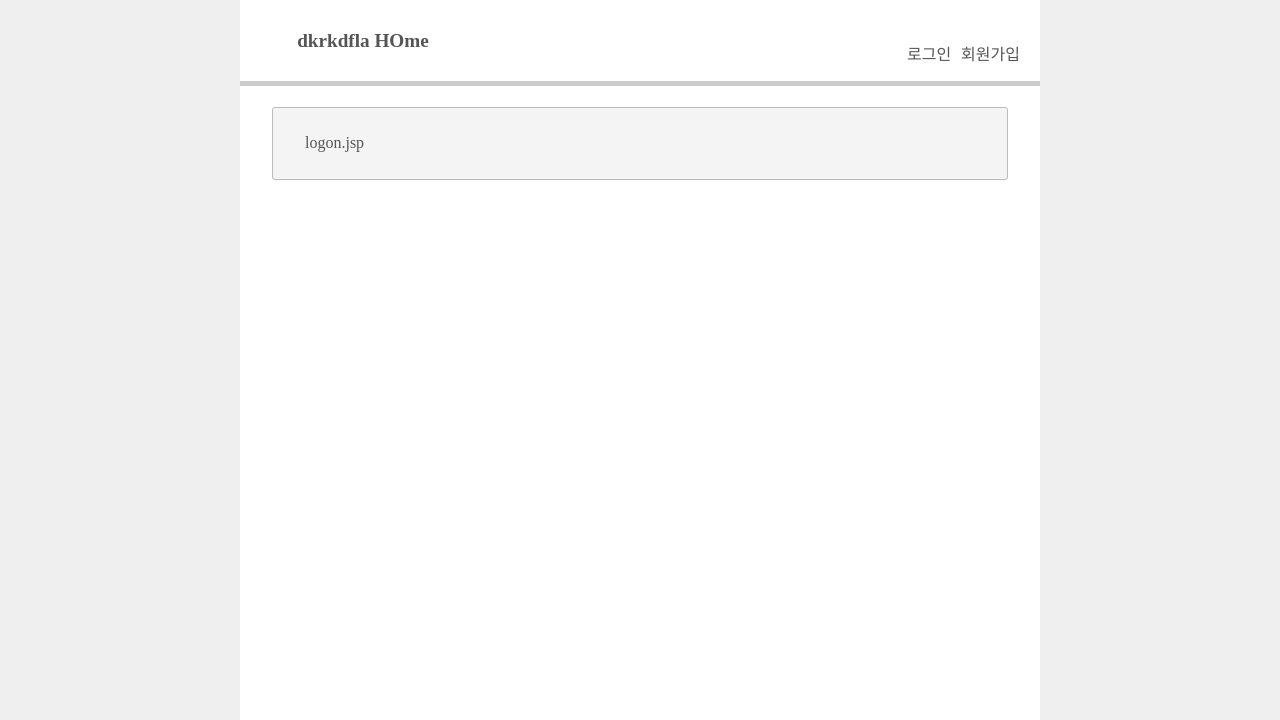
Repository: Dusajang/JSPClass
Page: http://localhost/jspPro/days09/member/logon.jsp
An editor plug-in stored every save of this project. The page is shown before and after the next save, followed by the edit.
The browser window is 1280 px wide. The pictures show the whole page.
Some web fonts or font styles are not loaded; a fallback is used. The page is served by Tomcat 9. Other server files are loaded and not shown.

Above is the page before, as saved 2024-10-25 00:15:12.

### jspPro/src/main/webapp/days09/member/logon.jsp
<%@ page contentType="text/html; charset=UTF-8" pageEncoding="UTF-8"%>
<%@ page trimDirectiveWhitespaces="true" %>
<%@ taglib prefix="c" uri="http://java.sun.com/jsp/jstl/core" %>
<!DOCTYPE html>
<html>
<head>
<meta charset="UTF-8">
<title>Insert title here</title>
<link rel="shortcut icon" type="image/x-icon" href="http://localhost/jspPro/images/SiSt.ico">
<script src="https://ajax.googleapis.com/ajax/libs/jquery/3.7.1/jquery.min.js"></script>
<meta name="viewport" content="width=device-width, initial-scale=1.0">
<meta name="google" content="notranslate">
<link rel="stylesheet" href="http://localhost/jspPro/resources/cdn-main/example.css">
<script src="http://localhost/jspPro/resources/cdn-main/example.js"></script>
<style>
 span.material-symbols-outlined{
    vertical-align: text-bottom;
 }
</style>
</head>
<body>
<header>
  <h1 class="main"><a href="#" style="position: absolute;top:30px;">dkrkdfla HOme</a></h1>
  <ul>
    <li><a href="#">로그인</a></li>
    <li><a href="#">회원가입</a></li>
  </ul>
</header>
<div>
  <xmp class="code">
    logon.jsp
  </xmp>
</div>
</body>
</html>

### jspPro/src/main/webapp/resources/cdn-main/example.css
@charset "UTF-8";

@import url('https://fonts.googleapis.com/css2?family=Material+Symbols+Outlined:opsz,wght,FILL,GRAD@20..48,100..700,0..1,-50..200');

@font-face {
    font-family: 'GmarketSansMedium';
    src: url('https://cdn.jsdelivr.net/gh/projectnoonnu/noonfonts_2001@1.1/GmarketSansMedium.woff') format('woff');
    font-weight: normal;
    font-style: normal;
}

:root {
	--text-color: #555;
	--sub-text-color: #777;
	--back-color: #EFEFEF;
	--header-color: #444;
	--primary-color: #DEDEDE;
	--secondary-color: #EFEFEF;
	--default-width: 800px;
	--narrow-width: 500px;
	--wide-width: 1200px;
	--text-font: 'GmarketSansMedium';
	--icon-font: 'Material Symbols Outlined';
	--border-color: #CCC;
}

html, body {
	margin: 0;
	padding: 0;
}

html {
	background-color: var(--back-color);
	display: flex;
	justify-content: center;
	min-height: 100vh;
}

body, body.default {
	width: var(--default-width);
	background-color: white;
	padding-bottom: 120px;
}

body.wide {
	width: var(--wide-width);
}

body.narrow {
	width: var(--narrow-width);
}



body, p, div, span, a, input, select, option, textarea, button, table, th, td, label, fieldset, legend {
	font-family: var(--text-font);
	color: var(--text-color);
}

h1, h2, h3 {
	font-family: var(--text-font);
	color: var(--header-color);
	padding: 0 1rem;
	padding-top: .5rem;
}

div > h1, div > h2, div > h3 {
	padding: 0;
}

body > div, body > main > div {
	padding: 0.3rem 1rem;
}


h1 { font-size: 2rem; border-bottom: 1px solid var(--border-color); }
h1 small { font-size: 1.2rem; color: var(--sub-text-color); }
h2 { font-size: 1.5rem; border-bottom: 1px dashed var(--border-color); }
h2 small { font-size: 1.1rem; color: --sub-text-color; }
h3 { font-size: 1.2rem; }
h3 small { font-size: 1rem; color: --sub-text-color; }



h1.main::before {
	font-family: var(--icon-font);
  	content: '\e666';
  	margin-right: 10px;
  	float: left;
	font-size: 2.5rem;
}

h1.sub::before {
	font-family: var(--icon-font);
  	content: '\ea19';
  	margin-right: 10px;
  	float: left;
	font-size: 2.5rem;
}


h1.page::before {
	font-family: var(--icon-font);
  	content: '\e0e0';
  	margin-right: 10px;
  	float: left;
	font-size: 2.5rem;
}

body > header > ul > li > .active{
	background-color: #FFF;
	color:#F00;
}

body > header {
	display: flex;
	justify-content: space-between;
	border-bottom: 5px solid var(--border-color);
	min-height: 74px;
	background-color: #FFF;
}

body > header.sticky {
	position: sticky;
	top: 0;
	z-index: 98;
}

body > header > h1 {
	font-size: 1.2rem;
	border: 0;
}

body > header.in > h1::before {
	font-family: var(--icon-font);
  	content: '\e332‥';
  	margin-right: 3px;
  	float: left;
	font-size: 2rem;
}


body > header > ul {
	list-style-type: none;
	display: flex;
	align-items: flex-end;
	margin-right: 10px;
}

body > header > ul > li {
	margin-right: 10px;
	cursor: pointer;
}

body > header > ul > li > a {
	cursor: pointer;
}


form {
	display: block;
}

form > div {
	padding: 0.3rem 1rem;
}

div > form > div {
	padding: 0.3rem 0;
}

input, textarea, button, select {
	border: 1px solid #BBB;
	border-radius: 3px;
	outline: none;
	resize: none;
	padding: 7px;
	margin: 0;
}

input[type=text]:read-only, textarea:read-only {
	cursor: not-allowed;
	background-color: #FFF;
}

input[type=text]:disabled, textarea:disabled {
	cursor: not-allowed;
	background-color: #EEE;
}

input[type=text], input[type=password], textarea, button, select {
	/* width: 300px; */
}

textarea {
	display: block;
	height: 100px;
}

input[type=button], input[type=submit], button {
	/* width: inherit; */
}

input.short, textarea.short, button.short, select.short {
	width: 100px;
}

input.long, textarea.long, button.long, select.long {
	width: 350px;
}

.narrow input.long, .narrow textarea.long, .narrow button.long, .narrow select.long {
	width: calc(100% - 20px);
}

input.full, textarea.full, button.full, select.full {
	width: calc(100% - 20px);
}

textarea.short {
	height: 50px;
}

textarea.long {
	height: 100px;
}

textarea.full {
	height: 200px;
}

input, textarea {
	padding-top: 8px;
}

input[type=button], input[type=submit], button {
	padding: 5px 10px;
	background-color: var(--secondary-color);
	cursor: pointer;
	min-height: 36px;
}

input[type=button].primary, input[type=submit].primary, button.primary {
	/* background-color: rgba(100, 149, 237, .2); */
	background-color: var(--primary-color);
}

input[type=button].primary:hover, input[type=submit].primary:hover, button.primary:hover {
	/* background-color: rgba(100, 149, 237, .3); */
	background-color: var(--secondary-color);
}

input[type=button]:hover, input[type=submit]:hover, button:hover {
	background-color: var(--primary-color);
}

button {
	position: relative;
	left: 0;
	top: 0;
	padding-left: 35px;
}

button .material-symbols-outlined {
	position: absolute;
	left: 10px;
	top: 4px;
}

/* k2nik add */
button.login::before {
	font-family: var(--icon-font);
  	content: '\ea77';
	position: absolute;
	left: 11px;
	top: 4px;
	font-size: 1.25rem;
}

/* k2nik logout */
button.logout::before {
	font-family: var(--icon-font);
  	content: '\e9ba';
	position: absolute;
	left: 11px;
	top: 4px;
	font-size: 1.25rem;
}

/* k2nik help */
button.help::before {
	font-family: var(--icon-font);
  	content: '\f1c0';
	position: absolute;
	left: 11px;
	top: 4px;
	font-size: 1.25rem;
}

button.add::before{
	font-family: var(--icon-font);
  	content: '\e746';
	position: absolute;
	left: 11px;
	top: 4px;
	font-size: 1.25rem;
}

button.back::before {
	font-family: var(--icon-font);
  	content: '\e166';
	position: absolute;
	left: 11px;
	top: 4px;
	font-size: 1.25rem;
}

button.list::before {
	font-family: var(--icon-font);
  	content: '\e0ee';
	position: absolute;
	left: 11px;
	top: 4px;
	font-size: 1.25rem;
}


button.del::before {
	font-family: var(--icon-font);
  	content: '\e872';
	position: absolute;
	left: 11px;
	top: 4px;
	font-size: 1.25rem;
}


button.edit::before {
	font-family: var(--icon-font);
  	content: '\e745';
	position: absolute;
	left: 11px;
	top: 4px;
	font-size: 1.25rem;
}


button.login::before {
	font-family: var(--icon-font);
  	content: '\ea77';
	position: absolute;
	left: 11px;
	top: 4px;
	font-size: 1.25rem;
}


button.logout::before {
	font-family: var(--icon-font);
  	content: '\e9ba';
	position: absolute;
	left: 11px;
	top: 4px;
	font-size: 1.25rem;
}


button.in::before {
	font-family: var(--icon-font);
  	content: '\f71a';
	position: absolute;
	left: 11px;
	top: 4px;
	font-size: 1.25rem;
}


button.out::before {
	font-family: var(--icon-font);
  	content: '\f70e';
	position: absolute;
	left: 11px;
	top: 4px;
	font-size: 1.25rem;
}


button.reply::before {
	font-family: var(--icon-font);
  	content: '\e15e';
	position: absolute;
	left: 11px;
	top: 4px;
	font-size: 1.25rem;
}


button.comment::before {
	font-family: var(--icon-font);
  	content: '\e0b9';
	position: absolute;
	left: 11px;
	top: 4px;
	font-size: 1.25rem;
}


button.modal::before {
	font-family: var(--icon-font);
  	content: '\e89e';
	position: absolute;
	left: 11px;
	top: 4px;
	font-size: 1.25rem;
}


button.ok::before {
	font-family: var(--icon-font);
  	content: '\e86c';
	position: absolute;
	left: 11px;
	top: 4px;
	font-size: 1.25rem;
}


button.cancel::before {
	font-family: var(--icon-font);
  	content: '\e5c9';
	position: absolute;
	left: 11px;
	top: 4px;
	font-size: 1.25rem;
}

button.search::before {
	font-family: var(--icon-font);
  	content: '\e8b6';
	position: absolute;
	left: 11px;
	top: 4px;
	font-size: 1.25rem;
}

button.home::before {
	font-family: var(--icon-font);
  	content: '\e88a';
	position: absolute;
	left: 11px;
	top: 4px;
	font-size: 1.25rem;
}


button.sidebar::before {
	font-family: var(--icon-font);
  	content: '\f7e4';
	position: absolute;
	left: 11px;
	top: 4px;
	font-size: 1.25rem;
}


button.sidebar-right::before {
	font-family: var(--icon-font);
  	content: '\f7e5';
	position: absolute;
	left: 11px;
	top: 4px;
	font-size: 1.25rem;
}




button::before {
	font-family: var(--icon-font);
  	content: '\e323';
	position: absolute;
	left: 11px;
	top: 4px;
	font-size: 1.25rem;
}


table {
	border-collapse: collapse;
	margin: 1rem;
	box-sizing: border-box;
	width: calc(100% - 32px);
}

table.content {
	width: auto;
}

div > table {
	margin: 0;
}

table th, table td {
	border: 1px solid var(--border-color);
	padding: 7px;
	font-weight: normal;
}

table th {
	background-color: var(--back-color);
}

table.vertical th {
	width: 150px;
}

table.vertical td {
	width: calc(100% - 182px);
	padding-left: 10px;
}

table.content td, table.content th {
	width: auto;
}

body.narrow table.vertical th {
	width: 100px;
}

body.narrow table.vertical td {
	width: calc(100% - 182px);
}


table + table {
	margin-top: 30px;
}


p {
	padding: 0 1rem;
}

a {
	text-decoration: none;
}

a:hover {
	color: rgba(255, 99, 71, .7);
}

hr {
	border: 0;
	border-top: 1px solid var(--border-color);
	margin: 2rem 0;
}

.message {
	border: 1px solid var(--border-color);
	background-color: #EFEFEF;
	margin: 1rem;
	width: auto;
	padding-top: 10px;
	padding-bottom: 10px;
	font-size: 14px;
}

.message[title]::before {
	content: attr(title);
	display: block;
	border-bottom: 1px solid var(--border-color);
	padding-bottom: 5px;
	margin-bottom: 10px;
	margin-top: 7px;
}

.message.short {
	max-width: 250px;
}

.message.long {
	max-width: 500px;
}

.badge {
	float: right;
	font-size: .8rem;
	margin-top: 2px;
	margin-right: 2px;
	text-shadow: 0 0 7px gray;
}

.badge.left {
	float: none;
	margin-left: 2px;
}

.badge.right {
	float: right;
}

.badge.red {
	border-radius: 50%;
	padding: 2px 5px;
	background-color: rgb(255, 99, 71, .3);
}

.badge.yellow {

	border-radius: 50%;
	padding: 2px 5px;
	background-color: rgb(255, 215, 0, .5);
}

.badge.blue {
	border-radius: 50%;
	padding: 2px 5px;
	background-color: rgb(100, 149, 237, .3);
}

label + label {
	margin-left: 7px;
}

label input[type=checkbox], label input[type=radio] {
	transform: translate(0, 1px);
}

.group {
	display: flex;
}

.modal-content .group {
	margin-bottom: .5rem;
}

.group label {
	border: 1px solid #BBB;
	border-radius: 3px;
	outline: none;
	resize: none;
	padding: 7px 14px;
	margin: 0;
	border-top-right-radius: 0;
	border-bottom-right-radius: 0;
	background-color: #EFEFEF;
	white-space: nowrap;
	font-size: 14px;
}

.group input[type=text] {
	margin-left: -1px;
	border-top-left-radius: 0;
	border-bottom-left-radius: 0;
}

.group select {
	margin-left: -1px;
	border-top-left-radius: 0;
	border-bottom-left-radius: 0;
}

.group input.full[type=text] {
	margin-left: -1px;
	border-top-left-radius: 0;
	border-bottom-left-radius: 0;
	width: 100%;
}

.group input[type=button]:first-child, .group button:first-child {
	border-top-left-radius: 3px;
	border-bottom-left-radius: 3px;
	margin-left: 0px;
}

.group input[type=button], .group button {
	border-radius: 0;
	margin-left: -1px;
}

.group input[type=button]:last-child, .group button:last-child {
	margin-left: -1px;
	border-top-right-radius: 3px;
	border-bottom-right-radius: 3px;
}

.seperate {
	display: flex;
	justify-content: space-between;
}

div.list {
	width: max-content;
	margin: 1rem;
	border: 1px solid #BBB;
	border-radius: 3px;
	padding: 0;
}

div.list.full {
	width: auto;
	display: block;
	margin: 1rem;
	border: 1px solid #BBB;
	border-radius: 3px;
	padding: 0;
}

div.list > div {
	padding: .5rem 1rem;
	margin: 0;
	border-bottom: 1px solid #BBB;
}

div.list > div:last-child {
	border-bottom: 0;
}

pre.code , xmp.code{
	font-family: consols;
	background-color: rgba(150, 150, 150, .1);
	border: 1px solid #BBB;
	border-radius: 3px;
	padding: .5rem 1rem;
	padding-bottom: .6rem;
	margin: 1rem;
}




*[data-modal-window] {
	position: fixed;
	background-color: rgba(0, 0, 0, .3);
	left: 0;
	top: 0;
	display: none;
	justify-content: center;
	align-items: flex-start;
	width: 100%;
	min-height: 100vh;
	z-index: 100;
	opacity: 0;
	transition: 500ms all;
}

*[data-modal-window] .modal-container {
	border-radius: 5px;
	padding: 1rem;
	padding-bottom: .5rem;
	margin-top: -500px;
	opacity: 0;
	width: 500px;
	background-color: #FFF;
	margin-right: 2rem;
	transition: 500ms all;
}

*[data-modal-size=content] .modal-container {
	width: auto;
}

*[data-modal-size=narrow] .modal-container {
	width: 300px;
}

*[data-modal-size=wide] .modal-container {
	width: 760px;
}


*[data-modal-window] .modal-header {
	border-bottom: 1px solid var(--border-color);
	padding: 2px 5px;
}

*[data-modal-window] .modal-content {
	padding: 1rem 5px;
}

*[data-modal-window] .modal-content div:last-child {
	margin-top: 1rem;
	text-align: right;
}



*[data-sidebar-window] {
	position: fixed;
	background-color: #FFF;
	left: 0;
	top: 0;
	display: block;
	width: 300px;
	border-right: 1px solid var(--border-color);
	box-sizing: border-box;
	box-shadow: 0 0 3px var(--back-color);
	min-height: 100vh;
	z-index: 99;
	transform: translate(-300px, 0);
	transition-duration: 500ms;
	transition-property: transform;
}

*[data-sidebar-direction=right] {
	left: auto;
	right: 0;
	transform: translate(300px, 0);
	border-left: 1px solid var(--border-color);
}

*[data-sidebar-size=wide] {
	width: 500px;
	transform: translate(-500px, 0);
}

*[data-sidebar-window] .sidebar-title {
	border-bottom: 1px solid var(--border-color);
	margin-top: 20px;
	margin-bottom: 20px;
	padding-bottom: 5px;
	display: flex;
	justify-content: space-between;
}

*[data-sidebar-window] .sidebar-title span:last-child {
	cursor: pointer;
}


/* K2Nik pagination */
.center {
  text-align: center;
}

.pagination {
  display: inline-block;
}

.pagination a {
  color: black;
  float: left;
  padding: 3px 6px;
  text-decoration: none;
  transition: background-color .3s;
  border: 1px solid #ddd;
  margin: 0 3px;
}

.pagination a.active {
  background-color: #4CAF50;
  color: white;
  border: 1px solid #4CAF50;
}

.pagination a:hover:not(.active) {background-color: #ddd;}

### jspPro/src/main/webapp/resources/cdn-main/example.js

window.onload = () => {

    const list = document.querySelectorAll('input, textarea');

    list.forEach(item => {
        item.setAttribute('autocomplete', 'off');
    });


    const modal_btn_list = document.querySelectorAll('*[data-modal-button]');

    modal_btn_list.forEach(item => {
        item.onclick = function() {

            const name = this.dataset['modalButton'];
            const modal_window = document.querySelector('*[data-modal-window=' + name);

            const container = document.createElement('div');
            container.className = 'modal-container';



            const modal_header = document.createElement('div');
            modal_header.textContent = modal_window.dataset['modalTitle'];
            modal_header.className = 'modal-header';
            container.appendChild(modal_header);

            const modal_content = document.createElement('div');
            modal_content.className = 'modal-content';
            container.appendChild(modal_content);

            Array.from(modal_window.childNodes).forEach(item => {
                modal_content.appendChild(item);
            });

            modal_window.appendChild(container);

            modal_window.style.display = 'flex';

            setTimeout(() => {
                modal_window.style.opacity = 1;
                container.style.marginTop = '20px';
                container.style.opacity = 1;
            }, 50);


            const modal_ok = document.querySelector('*[data-modal-ok=' + name);
            modal_ok.addEventListener('click', function() {
                modal_window.style.opacity = 0;
                container.style.marginTop = '-500px';
                container.style.opacity = 0;

                setTimeout(() => {
                    modal_window.innerHTML = modal_content.innerHTML;
                    modal_window.style.display = 'none';
                }, 500);

            });

            const modal_cancel = document.querySelector('*[data-modal-cancel=' + name);
            modal_cancel.addEventListener('click', function() {

                modal_window.style.opacity = 0;
                container.style.marginTop = '-500px';
                container.style.opacity = 0;

                setTimeout(() => {
                    modal_window.innerHTML = modal_content.innerHTML;
                    modal_window.style.display = 'none';
                }, 500);
            });


        };
    });


    const sidebar_btn_list = document.querySelectorAll('*[data-sidebar-button]');

    sidebar_btn_list.forEach(item => {
        item.onclick = function() {



            const name = this.dataset['sidebarButton'];
            const sidebar_window = document.querySelector('*[data-sidebar-window=' + name);

            if (sidebar_window.style.transform == 'translate(0px, 0px)') return;



            sidebar_window.style.transform = 'translate(0, 0)';

            const sidebar_title = document.createElement('div');
            sidebar_title.className = 'sidebar-title';
            sidebar_title.innerHTML = '<span>' + sidebar_window.dataset['sidebarTitle'] + '</span><span class="material-symbols-outlined">close</span>';

            sidebar_title.children[1].onclick = function() {

                let sign = 1;
                let distance = 300;

                if (sidebar_window.dataset['sidebarDirection'] != 'right') {
                    sign = -1;
                } else {
                    sign = 1;
                }

                if (sidebar_window.dataset['sidebarSize'] != 'wide') {
                    distance = 300;
                } else {
                    distance = 500;
                }

                distance *= sign;

                sidebar_window.style.transform = 'translate(' + distance + 'px, 0)';

                setTimeout(function() {
                    sidebar_window.removeChild(sidebar_window.children[0]);
                }, 500);
            };


            sidebar_window.prepend(sidebar_title);

        }
    });

};

// window.onkeydown = function(event) {

//     if (event.keyCode == 27) {
//         if (document.querySelector('[data-modal-window').style.display == 'flex') {
//             document.querySelector('[data-modal-window').style.display = 'none';
//         }
//     }

// };

After the next save:
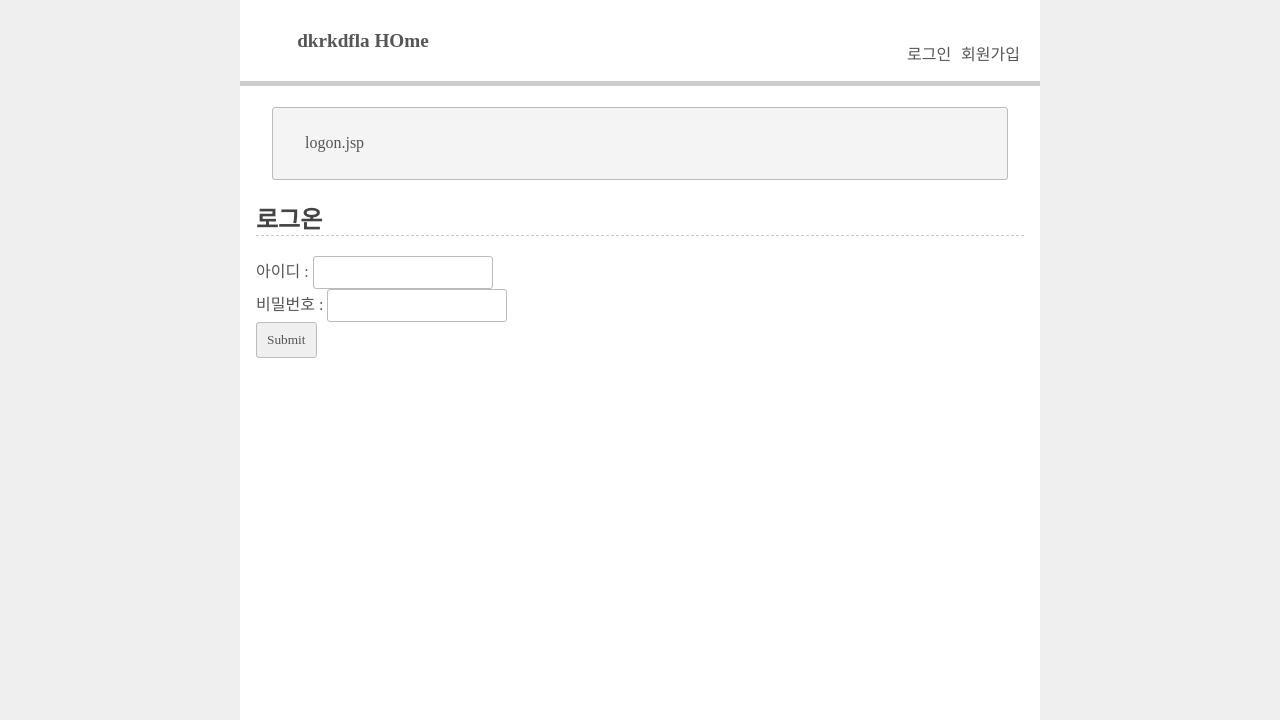
Saved 8 min 37 s later.
--- a/jspPro/src/main/webapp/days09/member/logon.jsp
+++ b/jspPro/src/main/webapp/days09/member/logon.jsp
@@ -30,6 +30,14 @@
   <xmp class="code">
     logon.jsp
   </xmp>
+
+  <h2>로그온</h2>
+  <form action="${ pageContext.request.contextPath  }/days09/member/logon_ok.jsp">
+  	아이디 : <input type="text" name="id"><br>
+  	비밀번호 : <input type="password" name="passwd"><br>
+  	<input type="submit">
+  </form>
+
 </div>
 </body>
 </html>
